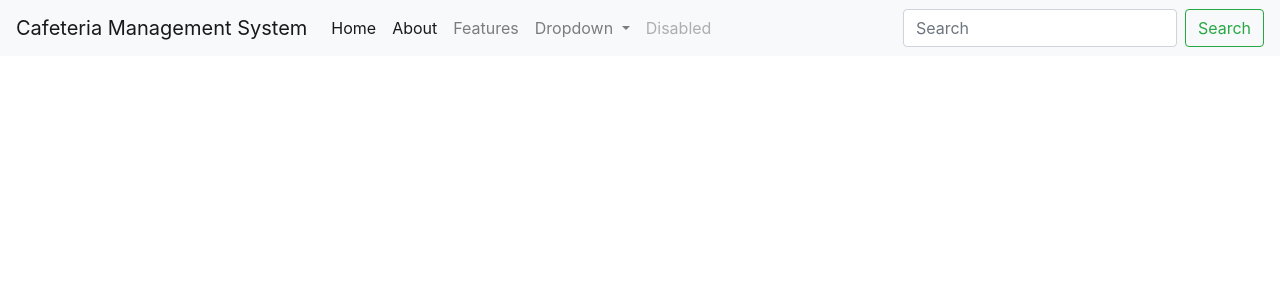
Repository: OsamaRaees/Trivia
Page: http://localhost/Trivia/
These files come from the project's save history. The page is drawn as it stood at one moment and after the next save; the edit follows.
The browser window is 1280 px wide. The pictures show the whole page.
The page is served by Tomcat 9.

Above is the page before, as saved 2019-04-05 04:39:19.

After the next save:
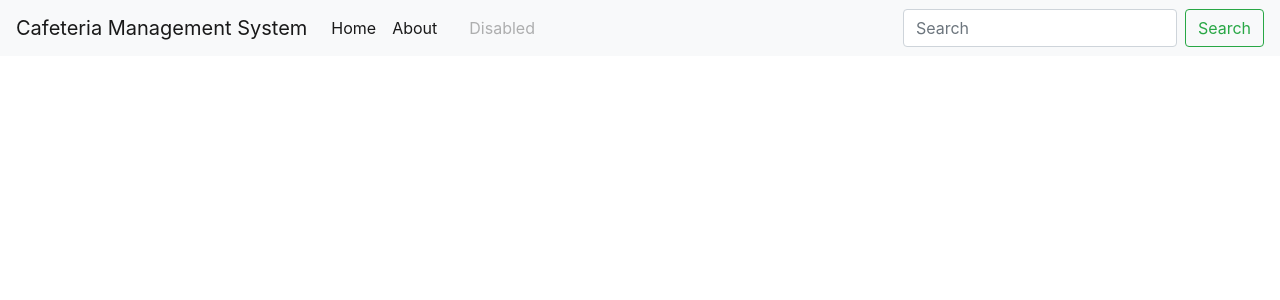
Saved 42 s later.
--- a/Trivia/WebContent/Main.jsp
+++ b/Trivia/WebContent/Main.jsp
@@ -26,19 +26,9 @@
       </li>
 
       <li class="nav-item">
-        <a class="nav-link" href="#">Features</a>
+        <a class="nav-link" href="#"></a>
       </li>
-      <li class="nav-item dropdown">
-        <a class="nav-link dropdown-toggle" href="#" id="navbarDropdown" role="button" data-toggle="dropdown" aria-haspopup="true" aria-expanded="false">
-          Dropdown
-        </a>
-        <div class="dropdown-menu" aria-labelledby="navbarDropdown">
-          <a class="dropdown-item" href="#">Action</a>
-          <a class="dropdown-item" href="#">Another action</a>
-          <div class="dropdown-divider"></div>
-          <a class="dropdown-item" href="#">Something else here</a>
-        </div>
-      </li>
+
       <li class="nav-item">
         <a class="nav-link disabled" href="#" tabindex="-1" aria-disabled="true">Disabled</a>
       </li>
